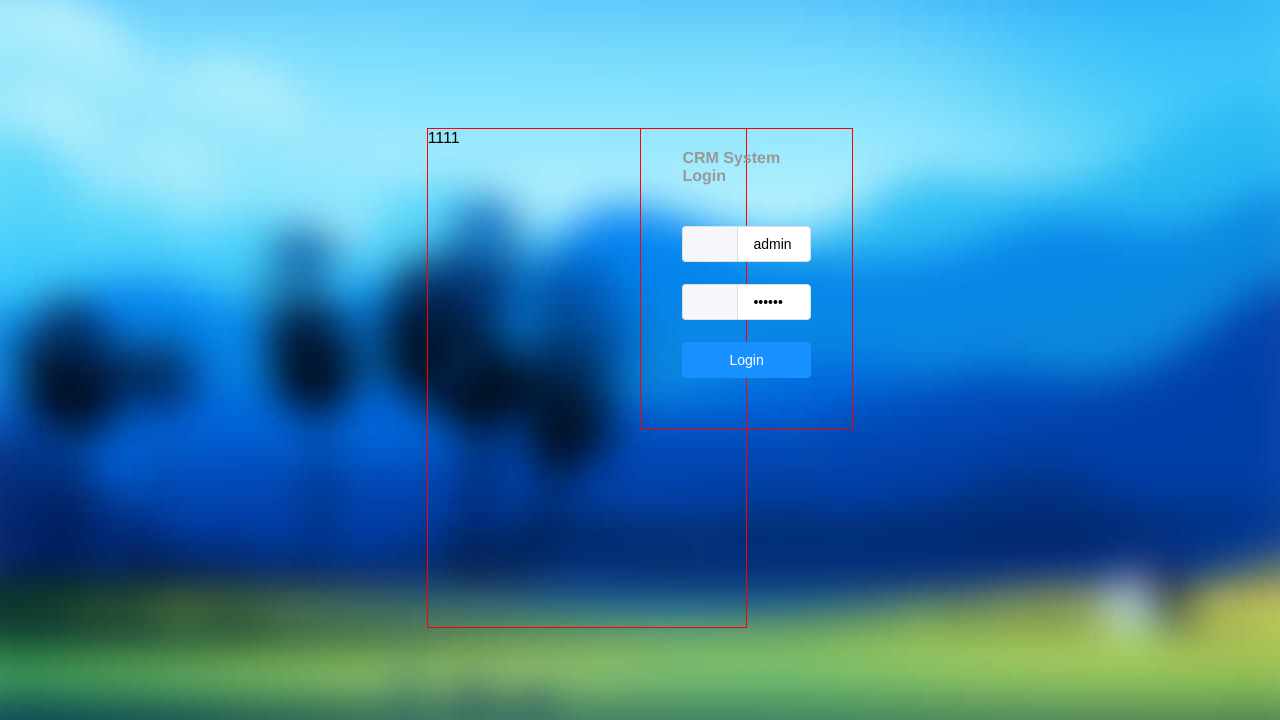
Repository: JasonMMM/ty-crm-sys
Page: /
The author's editor kept a copy of each file at every save. The page is drawn from the files as they stood at one save, then again after the next save.
The browser window is 1280 px wide. The pictures show the whole page.
The project was rebuilt for these pictures with package versions that can differ from the ones it lists, and the page was loaded fresh each time. Also part of the build but not shown: vue.config.js, src/components/RightPanel/index.vue, src/layout/components/AppMain.vue, src/utils/i18n.js, src/components/Breadcrumb/index.vue, src/components/Hamburger/index.vue, src/components/ErrorLog/index.vue, src/components/Screenfull/index.vue and 18 more.

Above is the page before, as saved 2020-07-24 09:13:43.

### src/styles/element-variables.scss
/**
* I think element-ui's default theme color is too light for long-term use.
* So I modified the default color and you can modify it to your liking.
**/

/* theme color */
$--color-primary: #1890ff;
$--color-success: #13ce66;
$--color-warning: #ffba00;
$--color-danger: #ff4949;
// $--color-info: #1E1E1E;

$--button-font-weight: 400;

// $--color-text-regular: #1f2d3d;

$--border-color-light: #dfe4ed;
$--border-color-lighter: #e6ebf5;

$--table-border: 1px solid #dfe6ec;

/* icon font path, required */
$--font-path: "~element-ui/lib/theme-chalk/fonts";

@import "~element-ui/packages/theme-chalk/src/index";

// the :export directive is the magic sauce for webpack
// https://www.bluematador.com/blog/how-to-share-variables-between-js-and-sass
:export {
  theme: $--color-primary;
}

### src/styles/index.scss
@import './variables.scss';
@import './mixin.scss';
@import './transition.scss';
@import './element-ui.scss';
@import './sidebar.scss';
@import './btn.scss';

body {
  height: 100%;
  -moz-osx-font-smoothing: grayscale;
  -webkit-font-smoothing: antialiased;
  text-rendering: optimizeLegibility;
  font-family: Helvetica Neue, Helvetica, PingFang SC, Hiragino Sans GB, Microsoft YaHei, Arial, sans-serif;
}

label {
  font-weight: 700;
}

html {
  height: 100%;
  box-sizing: border-box;
}

#app {
  height: 100%;
}

*,
*:before,
*:after {
  box-sizing: inherit;
}

.no-padding {
  padding: 0px !important;
}

.padding-content {
  padding: 4px 0;
}

a:focus,
a:active {
  outline: none;
}

a,
a:focus,
a:hover {
  cursor: pointer;
  color: inherit;
  text-decoration: none;
}

div:focus {
  outline: none;
}

.fr {
  float: right;
}

.fl {
  float: left;
}

.pr-5 {
  padding-right: 5px;
}

.pl-5 {
  padding-left: 5px;
}

.block {
  display: block;
}

.pointer {
  cursor: pointer;
}

.inlineBlock {
  display: block;
}

.clearfix {
  &:after {
    visibility: hidden;
    display: block;
    font-size: 0;
    content: " ";
    clear: both;
    height: 0;
  }
}

aside {
  background: #eef1f6;
  padding: 8px 24px;
  margin-bottom: 20px;
  border-radius: 2px;
  display: block;
  line-height: 32px;
  font-size: 16px;
  font-family: -apple-system, BlinkMacSystemFont, "Segoe UI", Roboto, Oxygen, Ubuntu, Cantarell, "Fira Sans", "Droid Sans", "Helvetica Neue", sans-serif;
  color: #2c3e50;
  -webkit-font-smoothing: antialiased;
  -moz-osx-font-smoothing: grayscale;

  a {
    color: #337ab7;
    cursor: pointer;

    &:hover {
      color: rgb(32, 160, 255);
    }
  }
}

//main-container全局样式
.app-container {
  padding: 20px;
}

.components-container {
  margin: 30px 50px;
  position: relative;
}

.pagination-container {
  margin-top: 30px;
}

.text-center {
  text-align: center
}

.sub-navbar {
  height: 50px;
  line-height: 50px;
  position: relative;
  width: 100%;
  text-align: right;
  padding-right: 20px;
  transition: 600ms ease position;
  background: linear-gradient(90deg, rgba(32, 182, 249, 1) 0%, rgba(32, 182, 249, 1) 0%, rgba(33, 120, 241, 1) 100%, rgba(33, 120, 241, 1) 100%);

  .subtitle {
    font-size: 20px;
    color: #fff;
  }

  &.draft {
    background: #d0d0d0;
  }

  &.deleted {
    background: #d0d0d0;
  }
}

.link-type,
.link-type:focus {
  color: #337ab7;
  cursor: pointer;

  &:hover {
    color: rgb(32, 160, 255);
  }
}

.filter-container {
  padding-bottom: 10px;

  .filter-item {
    display: inline-block;
    vertical-align: middle;
    margin-bottom: 10px;
  }
}

//refine vue-multiselect plugin
.multiselect {
  line-height: 16px;
}

.multiselect--active {
  z-index: 1000 !important;
}

### src/utils/error-log.js
import Vue from 'vue'
import store from '@/store'
import { isString, isArray } from '@/utils/validate'
import settings from '@/settings'

// you can set in settings.js
// errorLog:'production' | ['production', 'development']
const { errorLog: needErrorLog } = settings

function checkNeed() {
  const env = process.env.NODE_ENV
  if (isString(needErrorLog)) {
    return env === needErrorLog
  }
  if (isArray(needErrorLog)) {
    return needErrorLog.includes(env)
  }
  return false
}

if (checkNeed()) {
  Vue.config.errorHandler = function(err, vm, info, a) {
  // Don't ask me why I use Vue.nextTick, it just a hack.
  // detail see https://forum.vuejs.org/t/dispatch-in-vue-config-errorhandler-has-some-problem/23500
    Vue.nextTick(() => {
      store.dispatch('errorLog/addErrorLog', {
        err,
        vm,
        info,
        url: window.location.href
      })
      console.error(err, info)
    })
  }
}

### src/styles/mixin.scss
@mixin clearfix {
  &:after {
    content: "";
    display: table;
    clear: both;
  }
}

@mixin scrollBar {
  &::-webkit-scrollbar-track-piece {
    background: #d3dce6;
  }

  &::-webkit-scrollbar {
    width: 6px;
  }

  &::-webkit-scrollbar-thumb {
    background: #99a9bf;
    border-radius: 20px;
  }
}

@mixin relative {
  position: relative;
  width: 100%;
  height: 100%;
}

@mixin pct($pct) {
  width: #{$pct};
  position: relative;
  margin: 0 auto;
}

@mixin triangle($width, $height, $color, $direction) {
  $width: $width/2;
  $color-border-style: $height solid $color;
  $transparent-border-style: $width solid transparent;
  height: 0;
  width: 0;

  @if $direction==up {
    border-bottom: $color-border-style;
    border-left: $transparent-border-style;
    border-right: $transparent-border-style;
  }

  @else if $direction==right {
    border-left: $color-border-style;
    border-top: $transparent-border-style;
    border-bottom: $transparent-border-style;
  }

  @else if $direction==down {
    border-top: $color-border-style;
    border-left: $transparent-border-style;
    border-right: $transparent-border-style;
  }

  @else if $direction==left {
    border-right: $color-border-style;
    border-top: $transparent-border-style;
    border-bottom: $transparent-border-style;
  }
}

### src/styles/transition.scss
// global transition css

/* fade */
.fade-enter-active,
.fade-leave-active {
  transition: opacity 0.28s;
}

.fade-enter,
.fade-leave-active {
  opacity: 0;
}

/* fade-transform */
.fade-transform-leave-active,
.fade-transform-enter-active {
  transition: all .5s;
}

.fade-transform-enter {
  opacity: 0;
  transform: translateX(-30px);
}

.fade-transform-leave-to {
  opacity: 0;
  transform: translateX(30px);
}

/* breadcrumb transition */
.breadcrumb-enter-active,
.breadcrumb-leave-active {
  transition: all .5s;
}

.breadcrumb-enter,
.breadcrumb-leave-active {
  opacity: 0;
  transform: translateX(20px);
}

.breadcrumb-move {
  transition: all .5s;
}

.breadcrumb-leave-active {
  position: absolute;
}

### src/styles/element-ui.scss
// cover some element-ui styles

.el-breadcrumb__inner,
.el-breadcrumb__inner a {
  font-weight: 400 !important;
}

.el-upload {
  input[type="file"] {
    display: none !important;
  }
}

.el-upload__input {
  display: none;
}

.cell {
  .el-tag {
    margin-right: 0px;
  }
}

.small-padding {
  .cell {
    padding-left: 5px;
    padding-right: 5px;
  }
}

.fixed-width {
  .el-button--mini {
    padding: 7px 10px;
    min-width: 60px;
  }
}

.status-col {
  .cell {
    padding: 0 10px;
    text-align: center;

    .el-tag {
      margin-right: 0px;
    }
  }
}

// to fixed https://github.com/ElemeFE/element/issues/2461
.el-dialog {
  transform: none;
  left: 0;
  position: relative;
  margin: 0 auto;
}

// refine element ui upload
.upload-container {
  .el-upload {
    width: 100%;

    .el-upload-dragger {
      width: 100%;
      height: 200px;
    }
  }
}

// dropdown
.el-dropdown-menu {
  a {
    display: block
  }
}

// fix date-picker ui bug in filter-item
.el-range-editor.el-input__inner {
  display: inline-flex !important;
}

// to fix el-date-picker css style
.el-range-separator {
  box-sizing: content-box;
}

### src/styles/sidebar.scss
#app {

  .main-container {
    min-height: 100%;
    transition: margin-left .28s;
    margin-left: $sideBarWidth;
    position: relative;
  }

  .sidebar-container {
    transition: width 0.28s;
    width: $sideBarWidth !important;
    background-color: $menuBg;
    height: 100%;
    position: fixed;
    font-size: 0px;
    top: 0;
    bottom: 0;
    left: 0;
    z-index: 1001;
    overflow: hidden;

    // reset element-ui css
    .horizontal-collapse-transition {
      transition: 0s width ease-in-out, 0s padding-left ease-in-out, 0s padding-right ease-in-out;
    }

    .scrollbar-wrapper {
      overflow-x: hidden !important;
    }

    .el-scrollbar__bar.is-vertical {
      right: 0px;
    }

    .el-scrollbar {
      height: 100%;
    }

    &.has-logo {
      .el-scrollbar {
        height: calc(100% - 50px);
      }
    }

    .is-horizontal {
      display: none;
    }

    a {
      display: inline-block;
      width: 100%;
      overflow: hidden;
    }

    .svg-icon {
      margin-right: 16px;
    }

    .sub-el-icon {
      margin-right: 12px;
      margin-left: -2px;
    }

    .el-menu {
      border: none;
      height: 100%;
      width: 100% !important;
    }

    // menu hover
    .submenu-title-noDropdown,
    .el-submenu__title {
      &:hover {
        background-color: $menuHover !important;
      }
    }

    .is-active>.el-submenu__title {
      color: $subMenuActiveText !important;
    }

    & .nest-menu .el-submenu>.el-submenu__title,
    & .el-submenu .el-menu-item {
      min-width: $sideBarWidth !important;
      background-color: $subMenuBg !important;

      &:hover {
        background-color: $subMenuHover !important;
      }
    }
  }

  .hideSidebar {
    .sidebar-container {
      width: 54px !important;
    }

    .main-container {
      margin-left: 54px;
    }

    .submenu-title-noDropdown {
      padding: 0 !important;
      position: relative;

      .el-tooltip {
        padding: 0 !important;

        .svg-icon {
          margin-left: 20px;
        }

        .sub-el-icon {
          margin-left: 19px;
        }
      }
    }

    .el-submenu {
      overflow: hidden;

      &>.el-submenu__title {
        padding: 0 !important;

        .svg-icon {
          margin-left: 20px;
        }

        .sub-el-icon {
          margin-left: 19px;
        }

        .el-submenu__icon-arrow {
          display: none;
        }
      }
    }

    .el-menu--collapse {
      .el-submenu {
        &>.el-submenu__title {
          &>span {
            height: 0;
            width: 0;
            overflow: hidden;
            visibility: hidden;
            display: inline-block;
          }
        }
      }
    }
  }

  .el-menu--collapse .el-menu .el-submenu {
    min-width: $sideBarWidth !important;
  }

  // mobile responsive
  .mobile {
    .main-container {
      margin-left: 0px;
    }

    .sidebar-container {
      transition: transform .28s;
      width: $sideBarWidth !important;
    }

    &.hideSidebar {
      .sidebar-container {
        pointer-events: none;
        transition-duration: 0.3s;
        transform: translate3d(-$sideBarWidth, 0, 0);
      }
    }
  }

  .withoutAnimation {

    .main-container,
    .sidebar-container {
      transition: none;
    }
  }
}

// when menu collapsed
.el-menu--vertical {
  &>.el-menu {
    .svg-icon {
      margin-right: 16px;
    }
    .sub-el-icon {
      margin-right: 12px;
      margin-left: -2px;
    }
  }

  .nest-menu .el-submenu>.el-submenu__title,
  .el-menu-item {
    &:hover {
      // you can use $subMenuHover
      background-color: $menuHover !important;
    }
  }

  // the scroll bar appears when the subMenu is too long
  >.el-menu--popup {
    max-height: 100vh;
    overflow-y: auto;

    &::-webkit-scrollbar-track-piece {
      background: #d3dce6;
    }

    &::-webkit-scrollbar {
      width: 6px;
    }

    &::-webkit-scrollbar-thumb {
      background: #99a9bf;
      border-radius: 20px;
    }
  }
}

### src/styles/btn.scss
@import './variables.scss';

@mixin colorBtn($color) {
  background: $color;

  &:hover {
    color: $color;

    &:before,
    &:after {
      background: $color;
    }
  }
}

.blue-btn {
  @include colorBtn($blue)
}

.light-blue-btn {
  @include colorBtn($light-blue)
}

.red-btn {
  @include colorBtn($red)
}

.pink-btn {
  @include colorBtn($pink)
}

.green-btn {
  @include colorBtn($green)
}

.tiffany-btn {
  @include colorBtn($tiffany)
}

.yellow-btn {
  @include colorBtn($yellow)
}

.pan-btn {
  font-size: 14px;
  color: #fff;
  padding: 14px 36px;
  border-radius: 8px;
  border: none;
  outline: none;
  transition: 600ms ease all;
  position: relative;
  display: inline-block;

  &:hover {
    background: #fff;

    &:before,
    &:after {
      width: 100%;
      transition: 600ms ease all;
    }
  }

  &:before,
  &:after {
    content: '';
    position: absolute;
    top: 0;
    right: 0;
    height: 2px;
    width: 0;
    transition: 400ms ease all;
  }

  &::after {
    right: inherit;
    top: inherit;
    left: 0;
    bottom: 0;
  }
}

.custom-button {
  display: inline-block;
  line-height: 1;
  white-space: nowrap;
  cursor: pointer;
  background: #fff;
  color: #fff;
  -webkit-appearance: none;
  text-align: center;
  box-sizing: border-box;
  outline: 0;
  margin: 0;
  padding: 10px 15px;
  font-size: 14px;
  border-radius: 4px;
}

### src/views/login/index.vue
<template>
  <div class="login-container">
    <img class="login-bg-img" src="@/assets/images/login/blur/morning_blur.jpg" alt="">
    <el-row class="login-container-row">
      <el-col :sm="6" :offset="8" class="hidden-sm-and-down">
        <div class="login-left-col">
          1111
        </div>
      </el-col>
      <el-col :sm="{span: 4, pull: 2}" :xs="{span: 20, offset: 2}" class="login-right-col">
        <el-form
          ref="loginForm"
          :model="loginForm"
          :rules="loginRules"
          class="login-form"
          autocomplete="on"
          label-position="left"
        >
          <el-col :sm="{span: 18, offset:3}">
            <!-- <div class="title-logo">
              <img src="@/assets/images/tianyi_logo_png.png" alt="">
            </div> -->
            <div class="title-container">
              <h3 class="title">{{ $t('login.title') }}</h3>
              <lang-select class="set-language" />
            </div>
            <el-form-item prop="username">
              <el-input
                ref="username"
                v-model="loginForm.username"
                :placeholder="$t('login.username')"
                name="username"
                type="text"
                autocomplete="on"
              >
                <template slot="prepend">
                  <svg-icon icon-class="user" />
                </template>
              </el-input>
            </el-form-item>

            <el-tooltip v-model="capsTooltip" content="大写已打开" placement="right" manual>
              <el-form-item prop="password">
                <el-input
                  :key="passwordType"
                  ref="password"
                  v-model="loginForm.password"
                  :type="passwordType"
                  :placeholder="$t('login.password')"
                  name="password"
                  tabindex="2"
                  autocomplete="on"
                  @keyup.native="checkCapslock"
                  @blur="capsTooltip = false"
                  @keyup.enter.native="handleLogin"
                >
                  <template slot="prepend">
                    <svg-icon icon-class="password" />
                  </template>
                </el-input>
                <span class="show-pwd" @click="showPwd">
                  <svg-icon :icon-class="passwordType === 'password' ? 'eye' : 'eye-open'" />
                </span>
              </el-form-item>
            </el-tooltip>

            <el-button
              :loading="loading"
              type="primary"
              style="width:100%;margin-bottom:30px;"
              @click.native.prevent="handleLogin"
            >{{ $t('login.logIn') }}</el-button>
          </el-col>
        </el-form>
      </el-col>
    </el-row>
  </div>
</template>

<script>
import { validUsername } from "@/utils/validate";
import LangSelect from "@/components/LangSelect";
import SocialSign from "./components/SocialSignin";

export default {
  name: "Login",
  components: { LangSelect, SocialSign },
  data() {
    return {
      loginForm: {
        username: "admin",
        password: "111111",
      },
      loginRules: {
        username: [
          { required: true, trigger: "change", message: "请输入用户名"},
        ],
        password: [
          { required: true, trigger: "blur", message: "请输入密码"},
        ],
      },
      passwordType: "password",
      capsTooltip: false,
      loading: false,
      showDialog: false,
      redirect: undefined,
      otherQuery: {},
    };
  },
  watch: {
    $route: {
      handler: function (route) {
        const query = route.query;
        if (query) {
          this.redirect = query.redirect;
          this.otherQuery = this.getOtherQuery(query);
        }
      },
      immediate: true,
    },
  },
  created() {
    // window.addEventListener('storage', this.afterQRScan)
  },
  mounted() {
    if (this.loginForm.username === "") {
      this.$refs.username.focus();
    } else if (this.loginForm.password === "") {
      this.$refs.password.focus();
    }
  },
  destroyed() {
    // window.removeEventListener('storage', this.afterQRScan)
  },
  methods: {
    checkCapslock(e) {
      const { key } = e;
      this.capsTooltip = key && key.length === 1 && key >= "A" && key <= "Z";
    },
    showPwd() {
      if (this.passwordType === "password") {
        this.passwordType = "";
      } else {
        this.passwordType = "password";
      }
      this.$nextTick(() => {
        this.$refs.password.focus();
      });
    },
    handleLogin() {
      this.$refs.loginForm.validate((valid) => {
        if (valid) {
          this.loading = true;
          this.$store
            .dispatch("user/login", this.loginForm)
            .then(() => {
              this.$router.push({
                path: this.redirect || "/",
                query: this.otherQuery,
              });
              this.loading = false;
            })
            .catch(() => {
              this.loading = false;
            });
        } else {
          console.log("error submit!!");
          return false;
        }
      });
    },
    getOtherQuery(query) {
      return Object.keys(query).reduce((acc, cur) => {
        if (cur !== "redirect") {
          acc[cur] = query[cur];
        }
        return acc;
      }, {});
    },
  },
};
</script>

<style lang="scss">
/* 修复input 背景不协调 和光标变色 */
/* Detail see https://github.com/PanJiaChen/vue-element-admin/pull/927 */

$bg: #283443;
$light_gray: #fff;
$dark_gray: #000000;
$cursor: #fff;

@supports (-webkit-mask: none) and (not (cater-color: $cursor)) {
  .login-container .el-input input {
    color: $cursor;
  }
}

/* reset element-ui css */
.login-container {
  .el-input {
    input {
      color: $dark_gray;
      caret-color: $dark_gray;
    }
  }
  .login-bg-img {
    z-index: 1;
    position: absolute;
    width: 100%;
    height: 100%;
  }
}
</style>

<style lang="scss" scoped>
$bg: #ffffff;
$dark_gray: #000000;
$light_gray: #ffffff;
$row_bg: #000000;

.login-container {
  min-height: 100%;
  width: 100%;
  background-color: $bg;
  overflow: hidden;

  .login-container-row {
    height: 100%;
    position: relative;
    top: 0px;
    bottom: 0px;
    width: 100%;
    z-index: 999;
    margin-top: 8rem;
  }
  .login-left-col {
    border: 1px solid red;
    height: 500px;
  }
  .login-right-col {
        border: 1px solid red;
    padding: 20px;
  }

  .login-form {
    position: relative;
    width: 520px;
    max-width: 100%;
    // padding: 160px 35px 0;
    margin: 0 auto;
    overflow: hidden;

    .title-logo {
      img{
        width: 200px;
      }
    }
  }

  .tips {
    font-size: 14px;
    color: #fff;
    margin-bottom: 10px;

    span {
      &:first-of-type {
        margin-right: 16px;
      }
    }
  }

  .svg-container {
    padding: 6px 5px 6px 15px;
    color: $dark_gray;
    vertical-align: middle;
    width: 30px;
    display: inline-block;
  }

  .title-container {
    position: relative;

    .title {
      font-size: 16px;
      color: #989898;
      margin: 0px auto 40px auto;
      text-align: left;
      font-weight: bold;
    }

    .set-language {
      color: #1890ff;
      position: absolute;
      top: 3px;
      font-size: 18px;
      right: 0px;
      cursor: pointer;
    }
  }

  .show-pwd {
    position: absolute;
    right: 10px;
    top: 2px;
    font-size: 16px;
    color: $dark_gray;
    cursor: pointer;
    user-select: none;
  }

  .thirdparty-button {
    position: absolute;
    right: 0;
    bottom: 6px;
  }

  @media only screen and (max-width: 470px) {
    .thirdparty-button {
      display: none;
    }
  }
}
</style>

### src/components/SvgIcon/index.vue
<template>
  <div v-if="isExternal" :style="styleExternalIcon" class="svg-external-icon svg-icon" v-on="$listeners" />
  <svg v-else :class="svgClass" aria-hidden="true" v-on="$listeners">
    <use :xlink:href="iconName" />
  </svg>
</template>

<script>
// doc: https://panjiachen.github.io/vue-element-admin-site/feature/component/svg-icon.html#usage
import { isExternal } from '@/utils/validate'

export default {
  name: 'SvgIcon',
  props: {
    iconClass: {
      type: String,
      required: true
    },
    className: {
      type: String,
      default: ''
    }
  },
  computed: {
    isExternal() {
      return isExternal(this.iconClass)
    },
    iconName() {
      return `#icon-${this.iconClass}`
    },
    svgClass() {
      if (this.className) {
        return 'svg-icon ' + this.className
      } else {
        return 'svg-icon'
      }
    },
    styleExternalIcon() {
      return {
        mask: `url(${this.iconClass}) no-repeat 50% 50%`,
        '-webkit-mask': `url(${this.iconClass}) no-repeat 50% 50%`
      }
    }
  }
}
</script>

<style scoped>
.svg-icon {
  width: 1em;
  height: 1em;
  vertical-align: -0.15em;
  fill: currentColor;
  overflow: hidden;
}

.svg-external-icon {
  background-color: currentColor;
  mask-size: cover!important;
  display: inline-block;
}
</style>

### src/components/LangSelect/index.vue
<template>
  <el-dropdown trigger="click" class="international" @command="handleSetLanguage">
    <div>
      <svg-icon class-name="international-icon" icon-class="language" />
    </div>
    <el-dropdown-menu slot="dropdown">
      <el-dropdown-item :disabled="language==='zh'" command="zh">
        中文
      </el-dropdown-item>
      <el-dropdown-item :disabled="language==='en'" command="en">
        English
      </el-dropdown-item>
      <el-dropdown-item :disabled="language==='es'" command="es">
        Español
      </el-dropdown-item>
      <el-dropdown-item :disabled="language==='ja'" command="ja">
        日本語
      </el-dropdown-item>
    </el-dropdown-menu>
  </el-dropdown>
</template>

<script>
export default {
  computed: {
    language() {
      return this.$store.getters.language
    }
  },
  methods: {
    handleSetLanguage(lang) {
      this.$i18n.locale = lang
      this.$store.dispatch('app/setLanguage', lang)
      this.$message({
        message: 'Switch Language Success',
        type: 'success'
      })
    }
  }
}
</script>

Loaded but not shown: public/index.html (common file); src/App.vue (common file); src/store/index.js (common file); src/router/index.js (common file); src/icons/index.js (common file); src/store/getters.js (common file); src/store/modules/errorLog.js (common file); src/store/modules/settings.js (common file); src/router/modules/charts.js (common file); src/utils/auth.js (common file); src/utils/get-page-title.js (common file); src/api/user.js (common file); src/utils/index.js (357 lines, source omitted); src/lang/es.js (175 lines, source omitted); src/lang/en.js (175 lines, source omitted); src/lang/ja.js (175 lines, source omitted); src/lang/zh.js (175 lines, source omitted); src/store/modules/tagsView.js (160 lines, source omitted); src/store/modules/user.js (131 lines, source omitted); src/router/modules/components.js (102 lines, source omitted); src/permission.js (74 lines, source omitted); src/utils/request.js (85 lines, source omitted); src/utils/validate.js (87 lines, source omitted); src/router/modules/nested.js (66 lines, source omitted); src/filters/index.js (68 lines, source omitted); src/store/modules/app.js (65 lines, source omitted); src/store/modules/permission.js (69 lines, source omitted); src/lang/index.js (55 lines, source omitted); src/main.js (54 lines, source omitted); src/router/modules/table.js (41 lines, source omitted); src/settings.js (42 lines, source omitted)

After the next save:
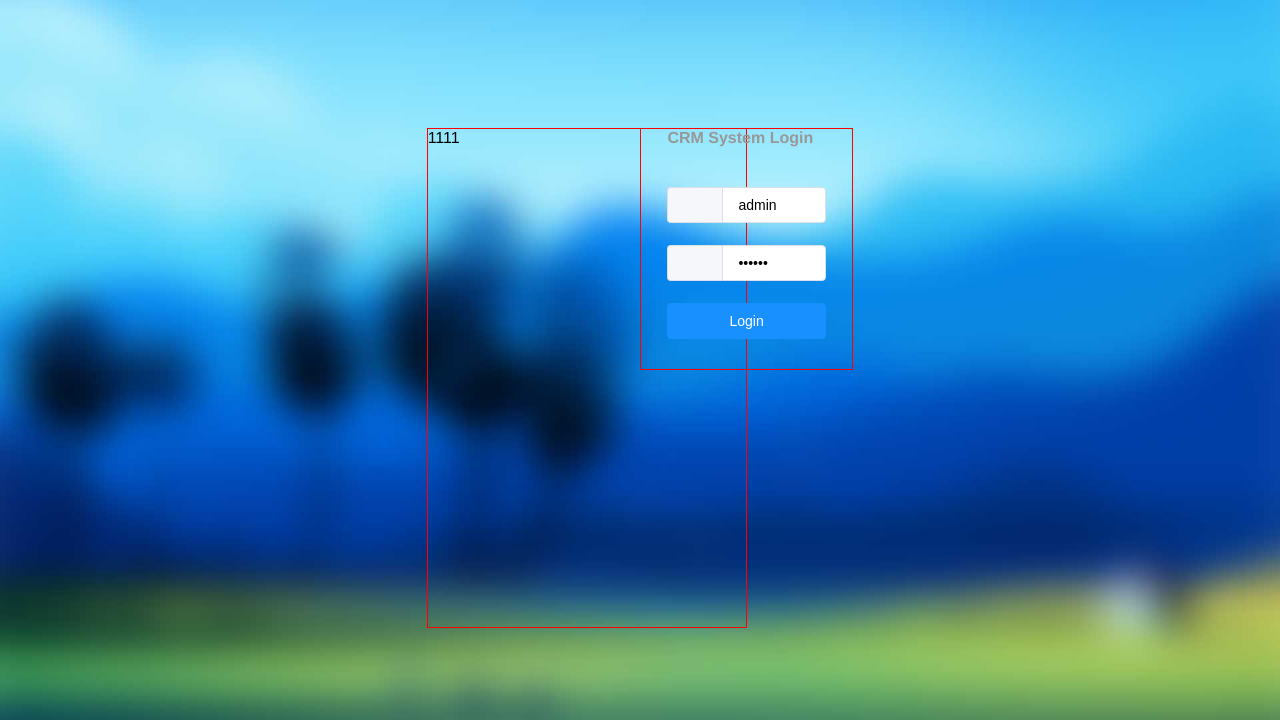
Saved 22 s later.
--- a/src/views/login/index.vue
+++ b/src/views/login/index.vue
@@ -240,7 +240,7 @@
   }
   .login-right-col {
         border: 1px solid red;
-    padding: 20px;
+    // padding: 20px;
   }
 
   .login-form {
